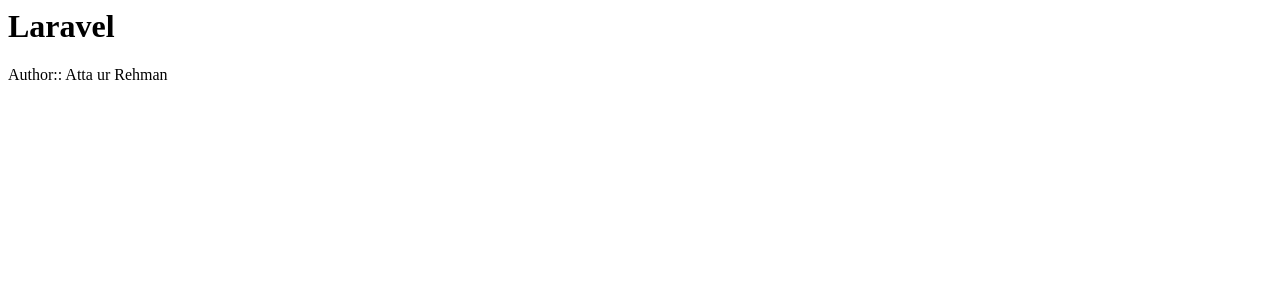
Repository: Attar786/laravel_ecomm
Page: http://localhost/
An editor plug-in stored every save of this project. The page is shown before and after the next save, followed by the edit.
The browser window is 1280 px wide. The pictures show the whole page.
The page is served by the project's Laravel application, run on PHP 8.4 with Laravel 9.

Above is the page before, as saved 2024-09-24 19:45:34.

After the next save:
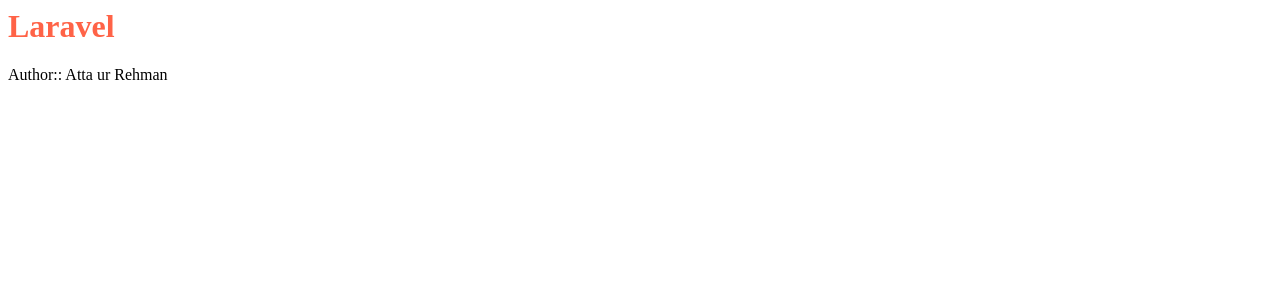
Saved 31 s later.
--- a/resources/views/welcome.blade.php
+++ b/resources/views/welcome.blade.php
@@ -1,2 +1,2 @@
-<h1>Laravel</h1>
+<h1 style="color: tomato">Laravel</h1>
 Author:: Atta ur Rehman
